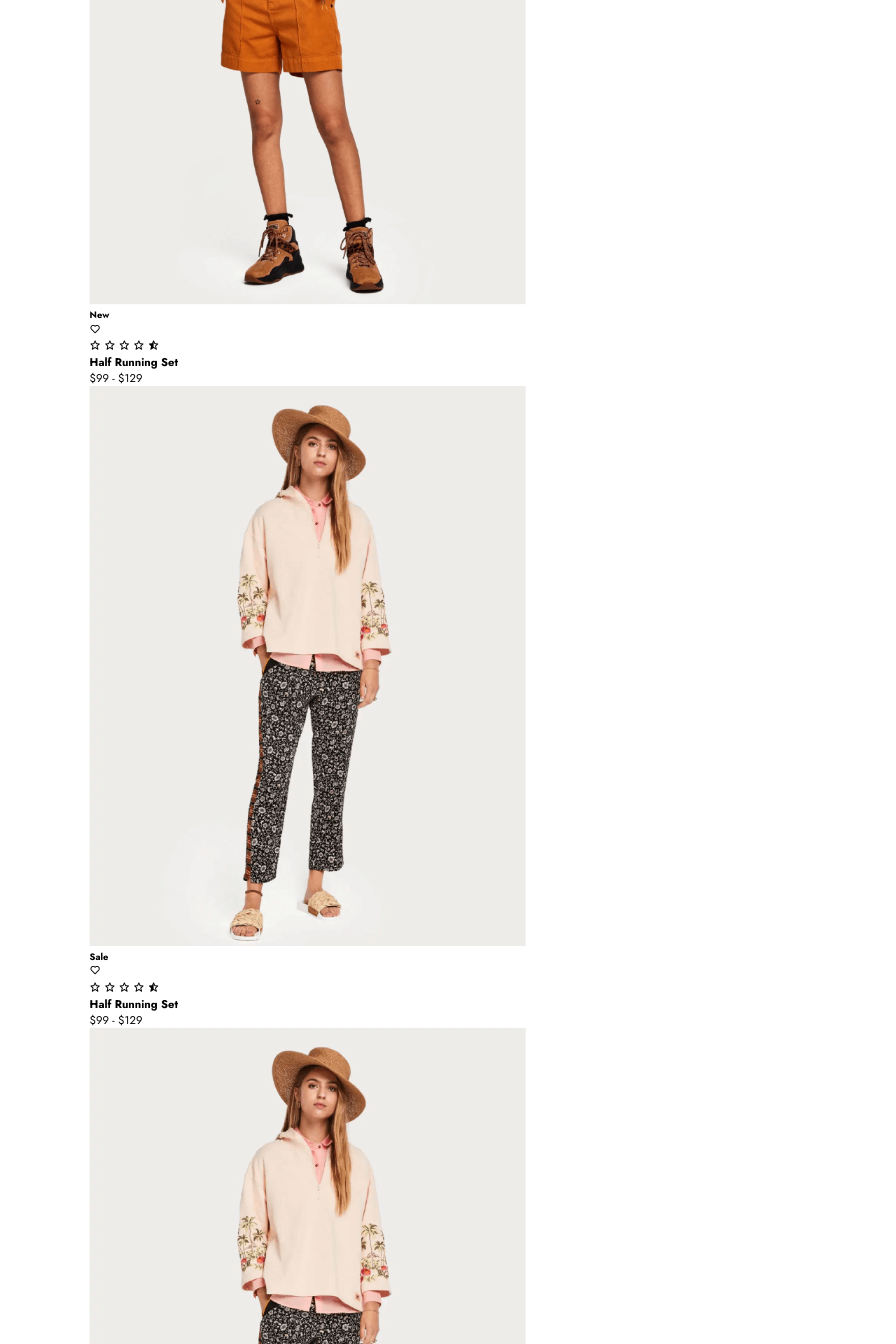
Repository: isaacCodes1/Kumo-Website.
Page: index.html
These files come from the project's save history. The page is drawn as it stood at one moment and after the next save; the edit follows.
The browser window is 1280 px wide. The pictures show the part of the page from y = 3018 to 4938 px (the page is 9136 px tall), at 70% of full size.

Above is the page before, as saved 2024-03-22 13:26:28.

### index.html
<!DOCTYPE html>
<html lang="en">
  <head>
    <meta charset="UTF-8" />
    <meta http-equiv="X-UA-Compatible" content="IE=edge" />
    <meta name="viewport" content="width=device-width, initial-scale=1.0" />
    <!-- CSS Custom Link -->
    <link rel="stylesheet" href="style.css" />
    <link rel="preconnect" href="https://fonts.googleapis.com" />
    <link rel="preconnect" href="https://fonts.gstatic.com" crossorigin />
    <link
      href="https://fonts.googleapis.com/css2?family=Bricolage+Grotesque:opsz,wght@12..96,200..800&family=Jost:ital,wght@0,100..900;1,100..900&family=Montserrat:ital,wght@0,100..900;1,100..900&family=Poppins:ital,wght@0,100;0,200;0,300;0,400;0,500;0,600;0,700;0,800;0,900;1,100;1,200;1,300;1,400;1,500;1,600;1,700;1,800;1,900&display=swap"
      rel="stylesheet"
    />
    <link
      rel="stylesheet"
      href="https://cdnjs.cloudflare.com/ajax/libs/font-awesome/6.5.1/css/all.min.css"
      integrity="sha512-DTOQO9RWCH3ppGqcWaEA1BIZOC6xxalwEsw9c2QQeAIftl+Vegovlnee1c9QX4TctnWMn13TZye+giMm8e2LwA=="
      crossorigin="anonymous"
      referrerpolicy="no-referrer"
    />
    <link
      rel="stylesheet"
      href="https://unpkg.com/boxicons@latest/css/boxicons.min.css"
    />

    <title>My fashion Website.</title>
  </head>
  <body>
    <header>
      <a href="#" class="logo"><img src="Assets/logo.png" alt="" /></a>
      <ul class="navmenu">
        <li><a href="#">Home</a></li>
        <li><a href="#">Shop</a></li>
        <li><a href="#">Products</a></li>
        <li><a href="#">Page</a></li>
        <li><a href="#">Docs</a></li>
        <li><a href="#">FAQ's</a></li>
      </ul>
      <div class="nav-icon">
        <a href="#"><i class="bx bx-search"></i></a>
        <a href="#"><i class="bx bx-user"></i></a>
        <a href="#"><i class="bx bx-cart"></i></a>
        <div class="bx bx-menu" id="menu-icon"></div>
      </div>
    </header>
    <section class="main-home">
      <div class="main-text">
        <h5>Winter Collection</h5>
        <h1>New Winter <br />Collection 2024</h1>
        <p>There's Nothing like Trend...</p>
        <a href="#" class="main-btn"
          >Shop Now<i class="bx bx-right-arrow-alt"></i
        ></a>
      </div>
      <div class="down-arrow">
        <a href="#trending" class="down"
          ><i class="bx bx-down-arrow-alt"></i
        ></a>
      </div>
    </section>
    <!-- <trending-products-section-->
        <section class="trending-product"id="trending">
            <div class="center-text">
                <h2>Our Trending <span>Products</span></h2>
            </div>
            <div class="products">
                <div class="row">
                    <img src="/Assets/1.jpg" alt="">
                    <div class="product-text">
                        <h5>Sale</h5>
                    </div>
                    <div class="heart-icon">
                        <i class='bx bx-heart' ></i>
                    </div>
                    <div class="ratting">
                        <i class='bx bx-star' ></i>
                        <i class='bx bx-star' ></i>
                        <i class='bx bx-star' ></i>
                        <i class='bx bx-star' ></i>
                        <i class='bx bxs-star-half' ></i>
                    </div>
                    <div class="price">
                        <h4>Half Running Set</h4>
                        <p>$99 - $129</p>
                    </div>
                </div>
                <div class="row">
                    <img src="/Assets/1.jpg" alt="">
                    <div class="product-text">
                        <h5>Sale</h5>
                    </div>
                    <div class="heart-icon">
                        <i class='bx bx-heart' ></i>
                    </div>
                    <div class="ratting">
                        <i class='bx bx-star' ></i>
                        <i class='bx bx-star' ></i>
                        <i class='bx bx-star' ></i>
                        <i class='bx bx-star' ></i>
                        <i class='bx bxs-star-half' ></i>
                    </div>
                    <div class="price">
                        <h4>Half Running Set</h4>
                        <p>$99 - $129</p>
                    </div>
                </div>
                <div class="row">
                    <img src="/Assets/2.jpg" alt="">
                    <div class="product-text">
                        <h5>New</h5>
                    </div>
                    <div class="heart-icon">
                        <i class='bx bx-heart' ></i>
                    </div>
                    <div class="ratting">
                        <i class='bx bx-star' ></i>
                        <i class='bx bx-star' ></i>
                        <i class='bx bx-star' ></i>
                        <i class='bx bx-star' ></i>
                        <i class='bx bxs-star-half' ></i>
                    </div>
                    <div class="price">
                        <h4>Half Running Set</h4>
                        <p>$99 - $129</p>
                    </div>
                </div>
                <div class="row">
                    <img src="/Assets/1.jpg" alt="">
                    <div class="product-text">
                        <h5>Sale</h5>
                    </div>
                    <div class="heart-icon">
                        <i class='bx bx-heart' ></i>
                    </div>
                    <div class="ratting">
                        <i class='bx bx-star' ></i>
                        <i class='bx bx-star' ></i>
                        <i class='bx bx-star' ></i>
                        <i class='bx bx-star' ></i>
                        <i class='bx bxs-star-half' ></i>
                    </div>
                    <div class="price">
                        <h4>Half Running Set</h4>
                        <p>$99 - $129</p>
                    </div>
                </div>
                <div class="row">
                    <img src="/Assets/1.jpg" alt="">
                    <div class="product-text">
                        <h5>Sale</h5>
                    </div>
                    <div class="heart-icon">
                        <i class='bx bx-heart' ></i>
                    </div>
                    <div class="ratting">
                        <i class='bx bx-star' ></i>
                        <i class='bx bx-star' ></i>
                        <i class='bx bx-star' ></i>
                        <i class='bx bx-star' ></i>
                        <i class='bx bxs-star-half' ></i>
                    </div>
                    <div class="price">
                        <h4>Half Running Set</h4>
                        <p>$99 - $129</p>
                    </div>
                </div>
                <div class="row">
                    <img src="/Assets/1.jpg" alt="">
                    <div class="product-text">
                        <h5>Sale</h5>
                    </div>
                    <div class="heart-icon">
                        <i class='bx bx-heart' ></i>
                    </div>
                    <div class="ratting">
                        <i class='bx bx-star' ></i>
                        <i class='bx bx-star' ></i>
                        <i class='bx bx-star' ></i>
                        <i class='bx bx-star' ></i>
                        <i class='bx bxs-star-half' ></i>
                    </div>
                    <div class="price">
                        <h4>Half Running Set</h4>
                        <p>$99 - $129</p>
                    </div>
                </div>
                <div class="row">
                    <img src="/Assets/1.jpg" alt="">
                    <div class="product-text">
                        <h5>Sale</h5>
                    </div>
                    <div class="heart-icon">
                        <i class='bx bx-heart' ></i>
                    </div>
                    <div class="ratting">
                        <i class='bx bx-star' ></i>
                        <i class='bx bx-star' ></i>
                        <i class='bx bx-star' ></i>
                        <i class='bx bx-star' ></i>
                        <i class='bx bxs-star-half' ></i>
                    </div>
                    <div class="price">
                        <h4>Half Running Set</h4>
                        <p>$99 - $129</p>
                    </div>
                </div>
                <div class="row">
                    <img src="/Assets/1.jpg" alt="">
                    <div class="product-text">
                        <h5>Sale</h5>
                    </div>
                    <div class="heart-icon">
                        <i class='bx bx-heart' ></i>
                    </div>
                    <div class="ratting">
                        <i class='bx bx-star' ></i>
                        <i class='bx bx-star' ></i>
                        <i class='bx bx-star' ></i>
                        <i class='bx bx-star' ></i>
                        <i class='bx bxs-star-half' ></i>
                    </div>
                    <div class="price">
                        <h4>Half Running Set</h4>
                        <p>$99 - $129</p>
                    </div>
                </div>
                <div class="row">
                    <img src="/Assets/1.jpg" alt="">
                    <div class="product-text">
                        <h5>Sale</h5>
                    </div>
                    <div class="heart-icon">
                        <i class='bx bx-heart' ></i>
                    </div>
                    <div class="ratting">
                        <i class='bx bx-star' ></i>
                        <i class='bx bx-star' ></i>
                        <i class='bx bx-star' ></i>
                        <i class='bx bx-star' ></i>
                        <i class='bx bxs-star-half' ></i>
                    </div>
                    <div class="price">
                        <h4>Half Running Set</h4>
                        <p>$99 - $129</p>
                    </div>
                </div>
            </div>
        </section>
  </body>
</html>

### style.css
* {
  margin: 0;
  padding: 0;
  box-sizing: border-box;
  scroll-behavior: smooth;
  font-family: "Jost", sans-serif;
  list-style-type: none;
  text-decoration: none;
}
header {
  position: fixed;
  width: 100%;
  top: 0;
  right: 0;
  z-index: 1000;
  display: flex;
  align-items: center;
  justify-content: space-between;
  padding: 20px 10%;
}
.logo img {
  max-width: 120px;
  height: auto;
}
.navmenu {
  display: flex;
}
.navmenu li :hover {
  background: #000;
}
.navmenu a {
  color: #2c2c2c;
  font-size: 16px;
  text-transform: capitalize;
  padding: 10px 20px;
  font-weight: 400;
  transition: all 0.42s ease;
}
.navmenu a:hover {
  color: #ee1c47;
}
.nav-icon {
  display: flex;
  align-items: center;
}
.nav-icon i {
  margin-right: 20px;
  color: #2c2c2c;
  font-size: 25px;
  font-weight: 400;
  transition: all 0.42s ease;
}
.nav-icon i:hover {
  transform: scale(1.05);
  color: #ee1c47;
}
#menu-icon {
  font-size: 35px;
  color: #2c2c2c;
  z-index: 10001;
  cursor: pointer;
}
section {
  padding: 5% 10%;
}
.main-home {
  width: 100%;
  height: 100vh;
  background-image: url(Assets/banner-3.png);
  background-position: center;
  background-size: cover;
  display: grid;
  grid-template-columns: repeat(1, 1fr);
  align-items: center;
}
.main-text h5 {
  color: #ee1c47;
  font-size: 16px;

  text-transform: capitalize;
  font-weight: 500;
}
.main-text h1 {
  color: #000;
  font-size: 65px;
  text-transform: capitalize;
  line-height: 1.1;
  font-weight: 600;
  margin: 6px 0 10px;
}
.main-text p{
    color: #333c56;
    font-size: 20px;
    font-style: italic;
    margin-bottom: 20px;
}
.main-btn{
    display: inline-block;
    color: #111;
    font-size: 16px;
    font-weight: 500;
    text-transform: capitalize;
    border: 2px solid#111;
    padding: 12px 25px;
    transition: all .42s ease;
}
.main-btn:hover{
    background: #000;
    color: #fff;
}
.main-btn i{
    vertical-align: middle;
}
.down-arrow{
    position: absolute;
    top: 85%;
    right: 11%;
}
.down i{
    font-size: 30px;
    color: #2c2c2c;
    border: 2px solid #2c2c2c;
    border-radius: 50px;
    padding: 12px 12px;
}
.down i:hover{
    background: #2c2c2c;
    color:#fff;
    transition: all .42s ease;
}

After the next save:
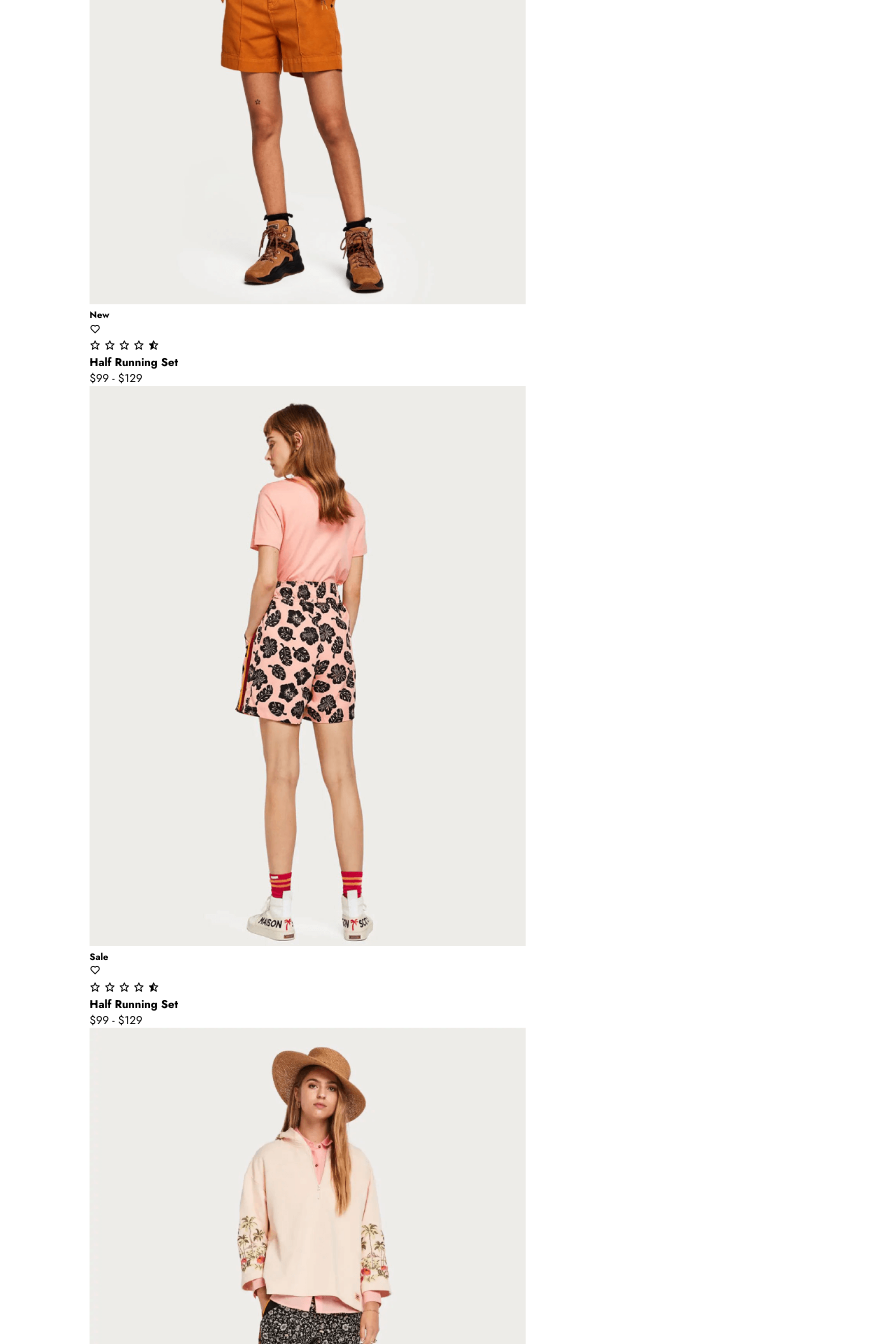
Saved 4 s later.
--- a/index.html
+++ b/index.html
@@ -126,7 +126,7 @@
                     </div>
                 </div>
                 <div class="row">
-                    <img src="/Assets/1.jpg" alt="">
+                    <img src="/Assets/3.jpg" alt="">
                     <div class="product-text">
                         <h5>Sale</h5>
                     </div>
